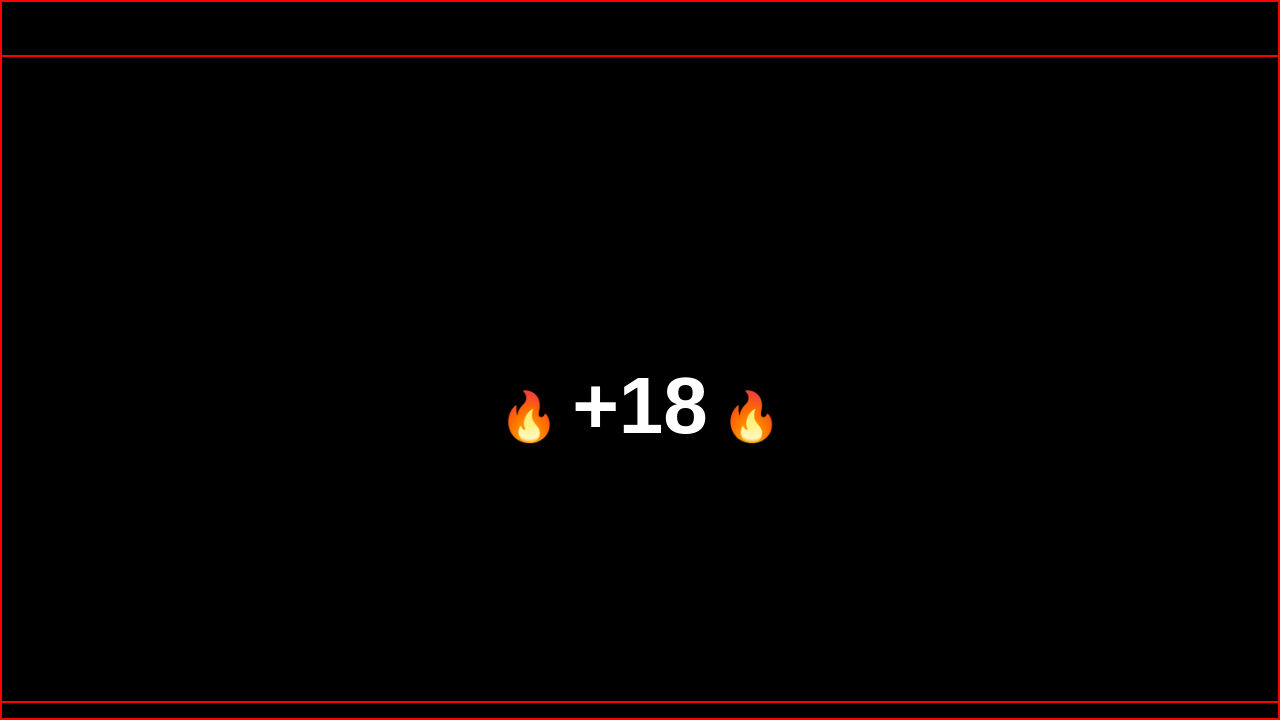
Repository: odiloalmeida/inever
Page: index.html
An editor plug-in stored every save of this project. The page is shown before and after the next save, followed by the edit.
The browser window is 1280 px wide. The pictures show the whole page.

Above is the page before, as saved 2023-01-31 22:26:54.

After the next save:
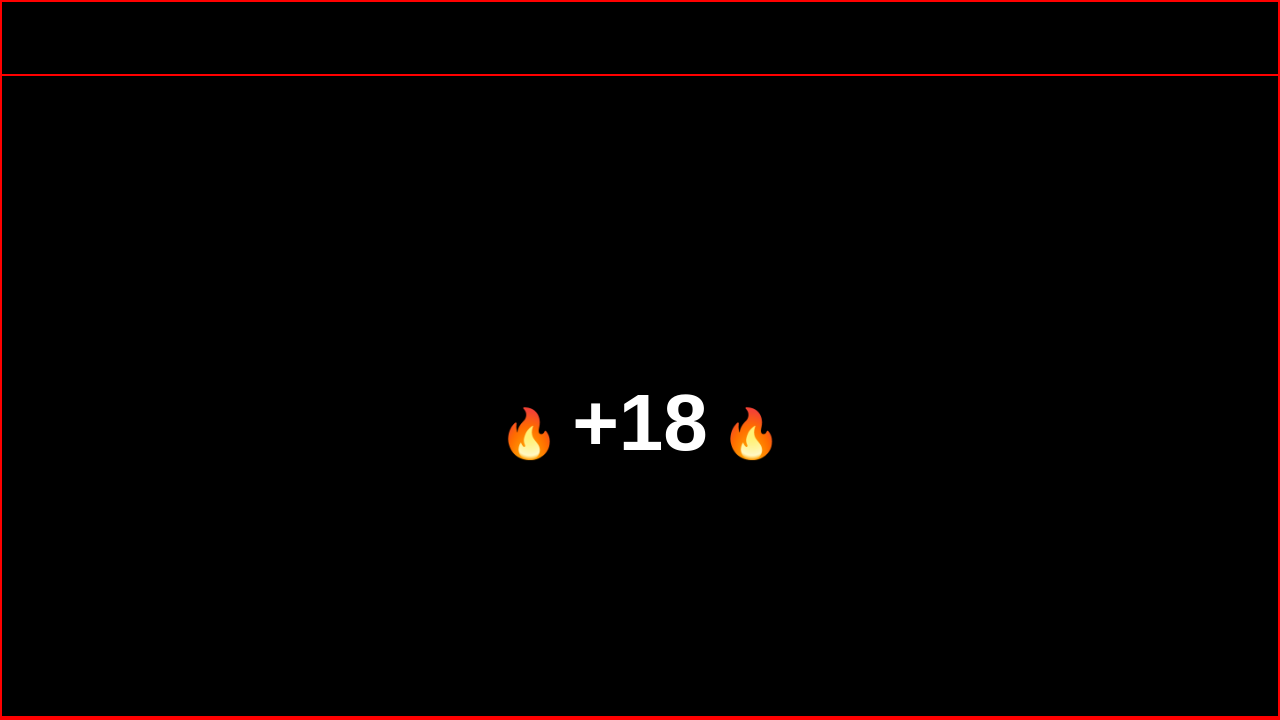
Saved 27 s later.
--- a/style.css
+++ b/style.css
@@ -13,6 +13,11 @@ body {
     align-items: center;
     justify-content: center;
     border: red 2px solid;
+}
+
+div {
+    width: 100%;
+    height: 10vh;
 }
 
 button {
